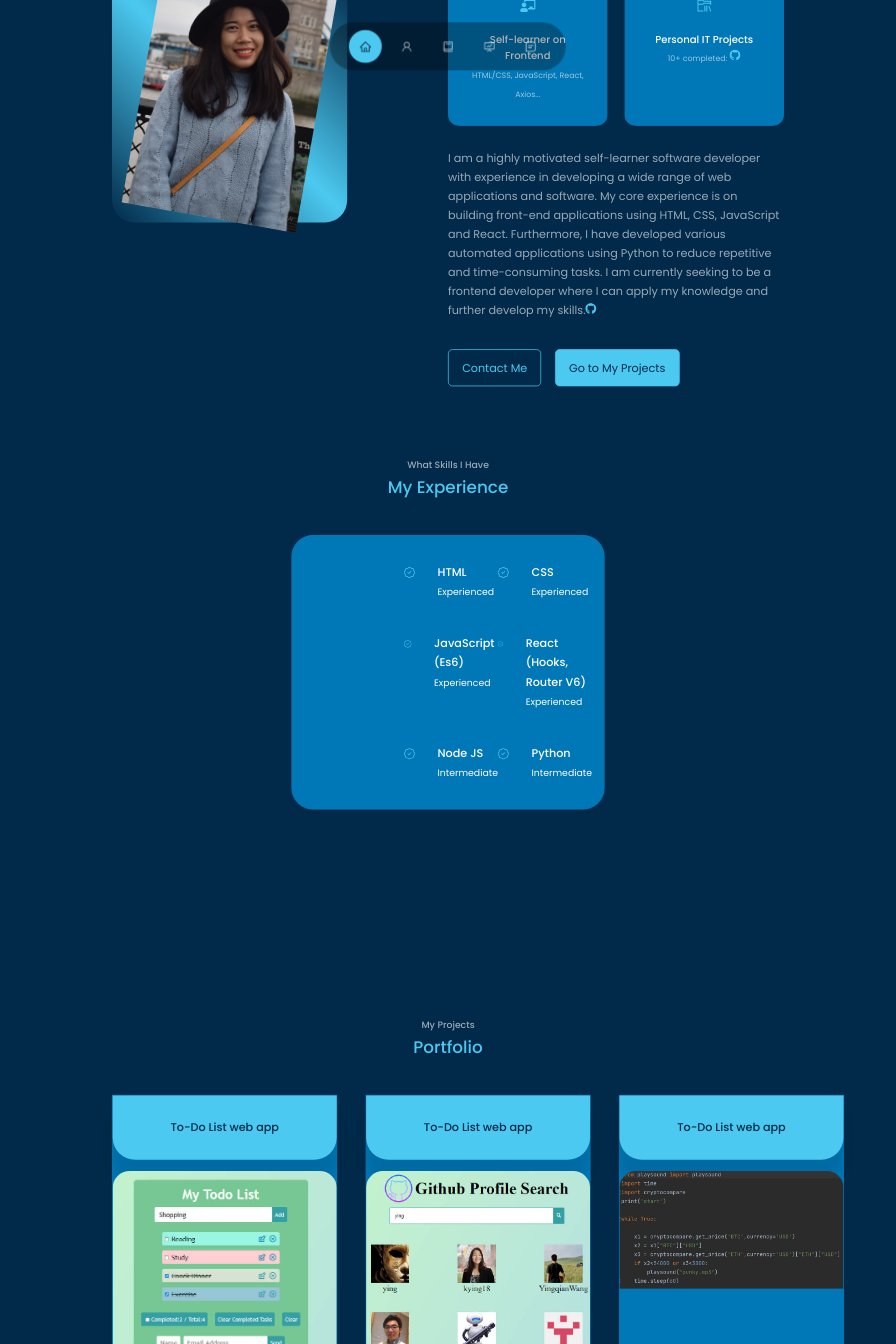
Repository: yingluo1020/react-portfolio-website
Page: /
These files come from the project's save history. The page is drawn as it stood at one moment and after the next save; the edit follows.
The browser window is 1280 px wide. The pictures show the part of the page from y = 587 to 2507 px (the page is 3983 px tall), at 70% of full size.
The project was rebuilt for these pictures with package versions that can differ from the ones it lists, and the page was loaded fresh each time. Imported but missing from the stored project, and not drawn on this page: src/assets/cv1.pdf.

Above is the page before, as saved 2022-03-16 10:11:19.

### src/index.css
@import url('https://fonts.googleapis.com/css2?family=Poppins:wght@300;400;500;600&display=swap');

* {
 margin: 0;
 padding: 0;
 border: 0;
 outline: 0;
 box-sizing: border-box;
 list-style: none;
 text-decoration: none;
}

:root {
    --color-bg:#012a4a;
    --color-bg-variant:#0077b6;
    --color-primary:#4cc9f0;
    --color-primary-variant:rgba(77,181,255,0.4);
    --color-white:#fff;
    --color-light:rgba(255,255,255,0.6);

    --transition:all 400ms ease;

    --container-width-lg:75%;
    --container-width-md:86%;
    --container-width-sm:90%;
}

html {
    scroll-behavior:smooth;
}

::-webkit-scrollbar {
    display: none;
}

body {
    font-family: 'Poppins', sans-serif;
    background: var(--color-bg);
    color:var(--color-white);
    line-height:1.7;
}

/* general styles */
.container {
    width:var(--container-width-lg);
    margin: 0 auto;
}

h1,
h2,
h3,
h4,
h5 {
    font-weight: 500;
}

h1 {
    font-size: 2.5rem;
}

section {
    margin-top: 5rem;
    min-height: 100vh;
}

section > h2, section > h5 {
    text-align: center;
    color: var(--color-light);
}

section > h2 {
    color: var(--color-primary);
    margin-bottom: 3rem;
}

.text-light {
    color: var(--color-light);
}

a {
    color: var(--color-primary);
    transition: var(--transition);
}

a:hover {
    color: var(--color-white);
}

.btn {
    width: max-content;
    display: inline-block;
    color: var(--color-primary);
    padding: 0.75rem 1.2rem;
    border-radius:0.4rem;
    cursor: pointer;
    border: 1px solid var(--color-primary);
    transition: var(--transition);
}

.btn:hover{
    background: var(--color-white);
    color: var(--color-bg);
    border-color: transparent;
}

.btn-primary {
    background: var(--color-primary);
    color: var(--color-bg);
}

img{
    display: block;
    width: 100%;
    object-fit: cover;
}

/* media queries(medium devices)*/
@media screen and (max-width:1024px) {
    .container {
        width: var(--container-width-sm);
    }

    section> h2 {
        margin-bottom: 2rem;
    }
}

### src/components/header/Header.js
import React from 'react'
import avatar from '../../assets/avatar.JPG'
import './header.css';
import CV from '../../assets/cv1.pdf'


function Header() {
    return (
        <header>
            <div className="container header_container">
                <h5>Hello, I'm</h5>
                <h1>Ying Luo</h1>
                <h5 className="text-light">Front-end Developer</h5>

                <div className='cta'>
                    <a href={CV} download className='btn'>Download My CV</a>
                    <a href="#contact" className='btn btn-primary'>Contact me</a>
                </div>
            </div>
        </header>
    )
}

export default Header

### src/components/nav/Nav.js
import React, { useState } from 'react'
import './nav.css'
import { AiOutlineHome, } from 'react-icons/ai'
import { AiOutlineUser } from 'react-icons/ai'
import { BiBook } from 'react-icons/bi'
import { AiOutlineFundProjectionScreen } from 'react-icons/ai'
import { BiMessageSquareDetail } from 'react-icons/bi'


function Nav() {
    const [activeNav, setActiveNav] = useState('#')
    return (
        <nav>
            <a href="#" onClick={() => setActiveNav('#')} className={activeNav === '#' ? 'active' : ''}><AiOutlineHome /></a>
            <a href="#about" onClick={() => setActiveNav('#about')} className={activeNav === '#about' ? 'active' : ''}><AiOutlineUser /></a>
            <a href="#experience" onClick={() => setActiveNav('#experience')} className={activeNav === '#experience' ? 'active' : ''}><BiBook /></a>
            <a href="#portfolio" onClick={() => setActiveNav('#services')} className={activeNav === '#services' ? 'active' : ''}><AiOutlineFundProjectionScreen /></a>
            <a href="#contact" onClick={() => setActiveNav('#contact')} className={activeNav === '#contact' ? 'active' : ''}><BiMessageSquareDetail /></a>
        </nav>
    )
}

export default Nav

### src/components/about/About.js
import React from 'react'
import avatar from '../../assets/avatar.JPG'
import { FaChalkboardTeacher } from 'react-icons/fa'
import { VscFolderLibrary } from 'react-icons/vsc'
import { FaGithub } from 'react-icons/fa';
import './about.css';

function About() {
    return (
        <section id='about'>
            <h5>My Intro</h5>
            <h2>About Me</h2>

            <div className="container about_container">
                <div className="about_me">
                    <div className="about_image">
                        <img src={avatar} alt="About Image" />
                    </div>
                </div>

                <div className="about_content">
                    <div className="about_cards">
                        <article className="about_card">
                            <FaChalkboardTeacher className='about_icon' />
                            <h5> Self-learner on Frontend </h5>
                            <small>HTML/CSS, JavaScript, React, Axios...</small>
                        </article>

                        <article className="about_card">
                            <VscFolderLibrary className='about_icon' />
                            <h5>Personal IT Projects </h5>
                            <small>10+ completed:  </small>
                            <a href="https://github.com/yingluo1020" target="_blank"><FaGithub /></a>
                        </article>
                    </div>

                    <p>I am a highly motivated self-learner software developer with experience in developing a wide range of web applications and software. My core experience is on building front-end applications using HTML, CSS, JavaScript and React. Furthermore, I have developed various automated applications using Python to reduce repetitive and time-consuming tasks. I am currently seeking to be a frontend developer where I can apply my knowledge and further develop my skills.
                        <a href="https://github.com/yingluo1020" target="_blank"><FaGithub /></a>
                    </p>
                    <div className="about_btn">
                        <a href="#contact" className="btn btn">Contact Me</a>
                        <a href="#" target="_blank" className="btn btn-primary">Go to My Projects</a>
                    </div>

                </div>
            </div>
        </section>
    )
}

export default About

### src/components/experience/Experience.js
import React from 'react'
import './experience.css';
import { BsPatchCheck } from 'react-icons/bs'


function Experience() {
    return (
        <section id='experience'>
            <h5>What Skills I Have</h5>
            <h2>My Experience</h2>

            <div className="container experience_container">
                <div className="experience_content">
                    <article className='experience_details'>
                        <BsPatchCheck className='experience_details-icon' />
                        <div>
                            <h4>HTML</h4>
                            <small className='text_light'>Experienced</small>
                        </div>
                    </article>
                    <article className='experience_details'>
                        <BsPatchCheck className='experience_details-icon' />
                        <div>
                            <h4>CSS</h4>
                            <small className='text_light'>Experienced</small>
                        </div>
                    </article>
                    <article className='experience_details'>
                        <BsPatchCheck className='experience_details-icon' />
                        <div>
                            <h4>JavaScript (Es6)</h4>
                            <small className='text_light'>Experienced</small>
                        </div>
                    </article>
                    <article className='experience_details'>
                        <BsPatchCheck className='experience_details-icon' />
                        <div>
                            <h4>React (Hooks, Router V6) </h4>
                            <small className='text_light'>Experienced</small>
                        </div>
                    </article>
                    <article className='experience_details'>
                        <BsPatchCheck className='experience_details-icon' />
                        <div>
                            <h4>Node JS</h4>
                            <small className='text_light'>Intermediate</small>
                        </div>
                    </article>
                    <article className='experience_details'>
                        <BsPatchCheck className='experience_details-icon' />
                        <div>
                            <h4>Python</h4>
                            <small className='text_light'>Intermediate</small>
                        </div>
                    </article>
                </div>
            </div>
        </section>
    )
}

export default Experience

### src/components/portfolio/Portfolio.js
import React from 'react'
import './portfolio.css';
import project1 from '../../assets/todo1.jpg'
import project2 from '../../assets/search.jpg'
import project3 from '../../assets/btc_alert.jpg'



function Portfolio() {
    return (
        <section id='portfolio'>
            <h5>My Projects</h5>
            <h2>Portfolio</h2>
            <div className="container portfolio_container ">
                <article className='portfolio'>
                    <div className="portfolio_head">
                        <h3 >To-Do List web app</h3>
                    </div>


                    <div className="portfolio_item-image">
                        <img src={project1} alt="project1" />
                    </div>

                    <div className="portfolio_link">
                        <a href="https://github.com" target='_blank' className='btn btn-primary'>Github</a>
                    </div>
                </article>

                <article className='portfolio'>
                    <div className="portfolio_head">
                        <h3 >To-Do List web app</h3>
                    </div>

                    <div className="portfolio_body">
                        <div className="portfolio_item-image">
                            <img src={project2} alt="project1" />
                        </div>
                    </div>
                    <div className="portfolio_link">
                        <a href="https://github.com" target='_blank' className='btn btn-primary'>Github</a>
                    </div>
                </article>

                <article className='portfolio'>
                    <div className="portfolio_head">
                        <h3 >To-Do List web app</h3>
                    </div>

                    <div className="portfolio_body">
                        <div className="portfolio_item-image">
                            <img src={project3} alt="project1" />
                        </div>
                    </div>
                    <div className="portfolio_link">
                        <a href="https://github.com" target='_blank' className='btn btn-primary'>Github</a>
                    </div>
                </article>

            </div>
        </section>
    )
}

export default Portfolio

### src/components/contact/Contact.js
import React, { useRef } from 'react'
import './contact.css'
import { MdOutlineEmail } from 'react-icons/md'
import { RiMessengerLine } from 'react-icons/ri'
import { BsWhatsapp } from 'react-icons/bs'
import emailjs from '@emailjs/browser';


function Contact() {
    const form = useRef();

    const sendEmail = (e) => {
        e.preventDefault();

        emailjs.sendForm('service_s6sapzl', 'template_utnko3u', form.current, 'user_Ak4JS85QR5w9GZLqKm3hY')

        alert(`I'll will reply you ASAP :)`)
        e.target.reset()
    };

    return (
        <section id="contact">
            <h5>Get In Touch</h5>
            <h2>Contact Me</h2>

            <div className="container contact_container">
                <div className="contact_options">
                    <article className='contact_option'>
                        <MdOutlineEmail className='contact_option-icon' />
                        <h4>Email</h4>
                        <h5>yingluo1020@gmail.com</h5>
                        <a href="mailto:yingluo1020@gmail.com" target='_blank'>Send a message</a>
                    </article>

                    <article className='contact_option'>
                        <RiMessengerLine className='contact_option-icon' />
                        <h4>Messenger</h4>
                        <h5>Ying Luo</h5>
                        <a href="https://m.me/yng.luo" target='_blank'>Send a message</a>
                    </article>

                    <article className='contact_option'>
                        <BsWhatsapp className='contact_option-icon' />
                        <h4>WhatsApp</h4>
                        <h5>+44 7407171383</h5>
                        <a href="https://api.whatsapp.com/send?phone+447407171383" target='_blank'>Send a message</a>
                    </article>
                </div>
                {/* End of contact options */}
                <form action="" ref={form} onSubmit={sendEmail}>
                    <input type="text" name='name' placeholder='Your Name' required />
                    <input type="email" name='email' placeholder='Your Email' required />
                    <textarea type="text" name='name' placeholder='Your Message' required ></textarea>
                    <button type="submit" className="btn btn-primary">Send a message</button>
                </form>

            </div>
        </section>

    )
}

export default Contact

### src/components/footer/Footer.js
import React from 'react'
import './footer.css'
import { BsLinkedin } from 'react-icons/bs';
import { FaGithub } from 'react-icons/fa';
import { FiDribbble } from 'react-icons/fi';


function Footer() {
    return (
        <footer>
            <a href="https://github.com/yingluo1020" target="_blank" className='footer_logo'><FaGithub /> Ying Luo</a>
            <ul className='permalinks'>
                <li><a href="#">Home</a></li>
                <li><a href="#about">About</a></li>
                <li><a href="#experience">Experience</a></li>
                <li><a href="#portfolio">Portfolio</a></li>
                <li><a href="#contact">Contact</a></li>
            </ul>

            <div className="footer_copyright">
                <small>&copy; All rights reserved by Ying Luo.</small>
            </div>
        </footer>
    )
}

export default Footer

### src/components/header/header.css
header {
    height: 50vh;
    padding-top: 5rem;
    overflow: hidden;
}

.header_container {
    text-align: center;
    height: 100%;
    position: relative;
}

.cta {
    margin: 2.5rem auto;
    display: flex;
    gap:1.2rem;
    justify-content: center;
}

.avatar {
    background: linear-gradient(var(--color-primary),transparent) ;
    width: 22rem;
    height: 30rem;
    position: absolute;
    left: calc(50% - 11rem);
    border-radius: 12rem 12rem 0 0 ;
    overflow: hidden;
    padding: 5rem 1.5rem 1.5rem 1.5rem;
}


/* media queries(medium devices)*/
@media screen and (max-width:1024px) {
    header {
        height: 68vh;
    }
}

/* media queries(small devices)*/
@media screen and (max-width:600px) {
   header {
       height: 100vh;
   }
}

### src/components/nav/nav.css
nav {
    background: rgba(0, 0, 0, 0.3);
    width: max-content;
    display: block;
    padding:0.7rem 1.7rem;
    z-index: 2;
    position: fixed;
    left: 50%;
    transform: translateX(-50%);
    bottom: 2rem;
    display: flex;
    gap: 0.8rem;
    border-radius: 3rem;
    /* backdrop-filter: blur(15px); */
}

nav a {
    background: transparent;
    padding: 0.9rem;
    border-radius:50% ;
    display: flex;
    color: var(--color-light);
    font-size: 1.1rem;
}

nav a:hover{
    background: rgba(0, 0, 0, 0.3);
}

nav a.active {
    background: var(--color-primary);
    color: var(--color-bg);
}

### src/components/about/about.css
.about_container {
    display: grid;
    grid-template-columns: 35% 50%;
    gap: 15%;
}

.about_me{
    width: 100%;
    aspect-ratio: 0.95/1;
    border-radius: 2rem;
    background: linear-gradient(45deg,transparent,var( --color-primary),transparent);
    display: grid;
    place-items: center;
}

.about_image {
    border-radius: 2rem;
    overflow: hidden;
    transform: rotate(10deg);
    transition: var(--transition);
}

.about_image:hover{
    transform: rotate(0);
}

.about_image img {
    width: 75%;
    margin: 0 auto;
}
.about_cards {
    display: grid;
    grid-template-columns: repeat(2,1fr);
    gap: 1.5rem;
}

.about_card {
    background: var(--color-bg-variant);
    border:1px solid transparent ;
    border-radius: 1rem;
    padding: 2rem;
    text-align: center;
    transition: var(--transition);
}

.about_card:hover {
    background:transparent;
    border-color:var(--color-primary-variant) ;
    cursor: default;
}

.about_icon {
    color: var(--color-primary);
    font-size: 1.4rem;
    margin-bottom: 1rem;
}

.about_card h5 {
    font-size: 0.9rem;
}

.about_card small {
    font-size: 0.7rem;
    color: var(--color-light);
}

.about_content p {
    margin: 2rem 0 2.6rem;
    color: var(--color-light);
}

.about_content .about_btn {
    display: flex;
    gap:1.2rem;
}

/* media queries(medium devices)*/
@media screen and (max-width:1024px) {
    .about_container {
        grid-template-columns: 1fr ;
        gap:0;
    }

    .about_me{
        width: 50%;
        margin: 2rem auto 4rem;
    }

    .about_content p {
        margin: 1rem 0 1.5rem;
    }
}

/* media queries(small devices)*/
@media screen and (max-width:600px) {
    .about_me{
        width: 65%;
        margin: 0 auto 3rem;
    }

    .about_cards {
        grid-template-columns: 1fr 1fr;
        gap: 1rem;
    }

    .about_content {
        text-align: center;
    }

    .about_content p {
        margin: 1.5rem 0.5rem;
    }
}

### src/components/experience/experience.css
.experience_container{
    width: 35%;
    min-height: 50vh;
}

.experience_container >div {
    background: var(--color-bg-variant);
    padding: 2.4rem 10rem;
    border-radius: 2rem;
    border: 1px solid transparent;
    transition: var(--transition);
}

.experience_container >div:hover{
    background: transparent;
    border-color: var(--color-primary-variant);
    cursor: default;
}

.experience_content {
    display: grid;
    grid-template-columns: 1fr 1fr;
    row-gap: 3rem;
}

.experience_details {
    display: flex;
    gap: 2rem;
}

.experience_details-icon{
    margin-top: 6px;
    color: var(--color-primary);
}

/* media queries(medium devices)*/
@media screen and (max-width:1024px) {
    .experience_container >div {
        width: 80%;
        padding: 2rem;
        margin: 0 auto;
    }

    .experience_content {
        padding: 1rem;
    }
}

/* media queries(small devices)*/
@media screen and (max-width:600px) {
    .experience_container{
        gap: 1rem;
    }

    .experience_container >div {
        width: 100%;
        padding: 2rem 1rem;
    }
}

### src/components/portfolio/portfolio.css
.portfolio_container{
    display: grid;
    grid-template-columns: repeat(3,1fr);
    gap: 2.5rem;
}

.portfolio {
    background: var(--color-bg-variant);
    border-radius:0 0 2rem 2rem;
    border: 1px solid transparent;
    /* height: fit-content; */
    transition: var(--transition);
}

.portfolio:hover {
    background: transparent;
    border-color: var(--color-primary-variant);
    transition: var(--transition);
}

.portfolio_head{
    background: var(--color-primary);
    border-radius:0 0 2rem 2rem;
    padding: 2rem;
    box-shadow: 0 2rem 1rem rgba(0,0,0,0.1);
}

.portfolio_head h3 {
    text-align: center;
    font-size: 1rem;
    color: var(--color-bg);
}

.portfolio_item-image {
    width: 20rem;
    height: 20rem;
    /* aspect-ratio: 1/1;   */
    border-radius: 1.5rem;
    overflow: hidden;
    margin: 1rem auto;
}

.portfolio_link {
    display: flex;
    justify-content: center;
    margin: 1rem 0;
}


/* media queries(medium devices)*/
@media screen and (max-width:1024px) {
    .portfolio_container{
        grid-template-columns: 1fr 1fr;
        gap: 1.2rem;
    }
}

/* media queries(small devices)*/
@media screen and (max-width:600px) {
    .portfolio_container {
        grid-template-columns: 1fr;
        gap: 1rem;
    }
}

### src/components/contact/contact.css
.contact_container {
    width: 58%;
    display: grid;
    grid-template-columns: 30% 58%;
    gap: 12%;
}

.contact_options {
    display: flex;
    flex-direction: column;
    gap: 1.2rem;
}

.contact_option{
    background: var(--color-bg-variant);
    padding: 1.2rem ;
    border-radius:1.2rem;
    border: 1px solid transparent;
    text-align: center;
    transition: var(--transition);
}

.contact_option:hover{
    background: transparent;
    border-color: var(--color-primary-variant);
}

.contact_option-icon{
    font-size: 1.5rem;
    margin-bottom: 0.5rem;
}

.contact_option a {
    margin-top: 0.7rem;
    display: inline-block;
    font-size: 0.8rem;
}

/* form */
form {
    display: flex;
    flex-direction: column;
    gap: 1.2rem;
}

input, textarea{
    width: 100%;
    padding: 1.5rem ;
    border-radius:0.5rem;
    border: 2px solid var(--color-primary-variant);
    background: transparent;
    resize: none; /* 元素不能被用户缩放。 */
    color: var(--color-white);
}

/* media queries(medium devices)*/
@media screen and (max-width:1024px) {
    .contact_container {
        grid-template-columns: 1fr;
        gap: 2rem;
    }

}

/* media queries(small devices)*/
@media screen and (max-width:600px) {
    .contact_container{
        width: var(--container-width-sm);
    }
}

### src/components/footer/footer.css
footer {
    background: var(--color-primary);
    padding: 2rem 0;
    text-align: center;
    font-size: 0.9rem;
    margin-top: 7rem;
}

footer a {
    color: var(--color-bg);
}

.footer_logo{
    font-size: 2rem;
    font-weight: 500;
    margin-bottom: 2rem;
    display: inline-block;
}

.permalinks{
    display: flex;
    flex-wrap: wrap;
    justify-content: center;
    gap: 2rem;
    margin: 0 auto 3rem;
}

.footer_socials{
    display: flex;
    justify-content: center;
    gap: 1rem;
    margin-bottom: 4rem;
}

.footer_socials a {
    display: flex;
    background: var(--color-bg);
    color: var(--color-white);
    padding: 0.8rem;
    border-radius: 0.7rem;
    border: 1px solid transparent;
    transition: var(--transition);
}

.footer_socials a:hover{
    background: transparent;
    color: var(--color-bg);
    border-color: var(--color-bg);
}

.footer_copyright {
    margin-bottom: 4rem;
    color: var(--color-bg);
}

/* media queries(small devices)*/
@media screen and (max-width:600px) {
    .permalinks{
        flex-direction: column;
        gap: 1.5rem;
    }

    .footer_socials{
        margin-bottom: 2.6rem;
    }
}

Loaded but not shown: public/index.html (common file); src/index.js (common file); src/App.js (common file)

After the next save:
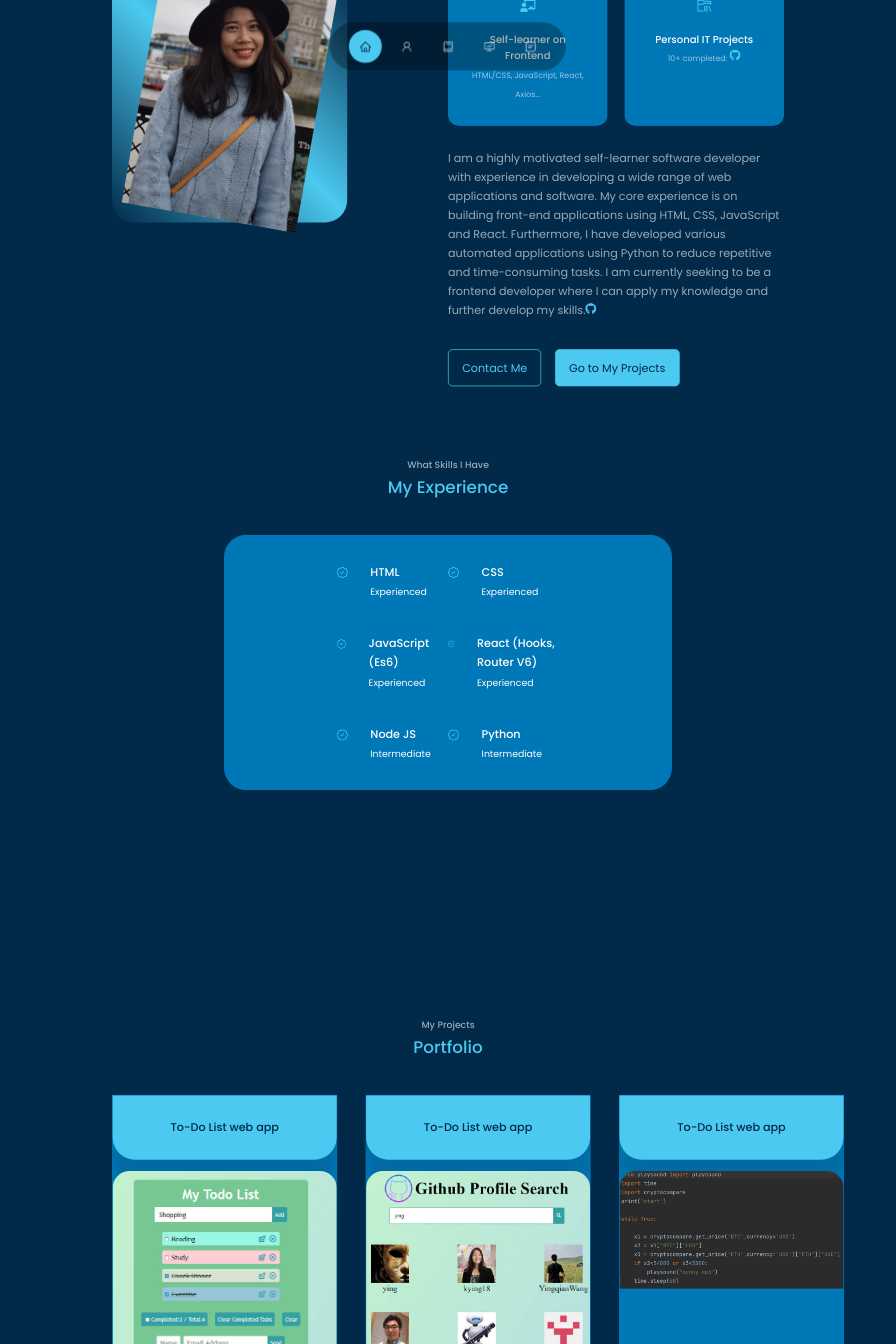
Saved 2 min 22 s later.
--- a/src/components/experience/experience.css
+++ b/src/components/experience/experience.css
@@ -1,5 +1,5 @@
 .experience_container{
-    width: 35%;
+    width: 50%;
     min-height: 50vh;
 }
 
